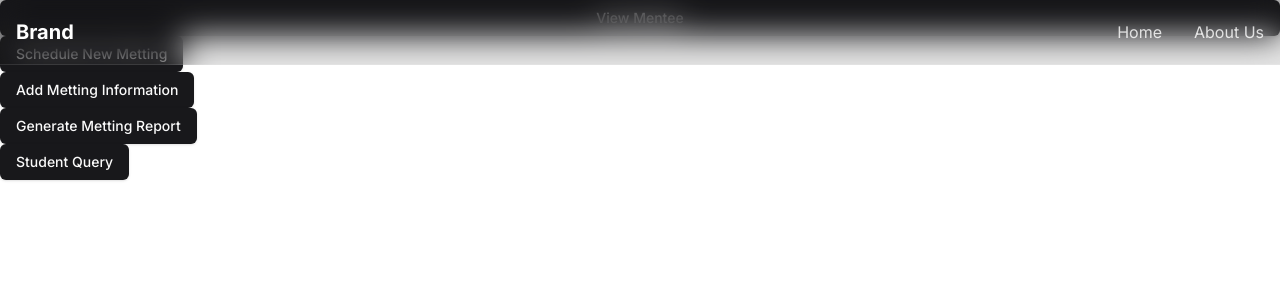
Repository: gauravbhindwar/mentorlink
Page: /pages/mentor/mentordashboard
An editor plug-in stored every save of this project. The page is shown before and after the next save, followed by the edit.
The browser window is 1280 px wide. The pictures show the whole page.
The project was rebuilt for these pictures with package versions that can differ from the ones it lists, and the page was loaded fresh each time. The framework's server and built-in components were replaced by stand-ins that run in the browser. Also part of the build but not shown: next.config.js, next.config.ts.

Above is the page before, as saved 2024-11-07 01:26:06.

After the next save:
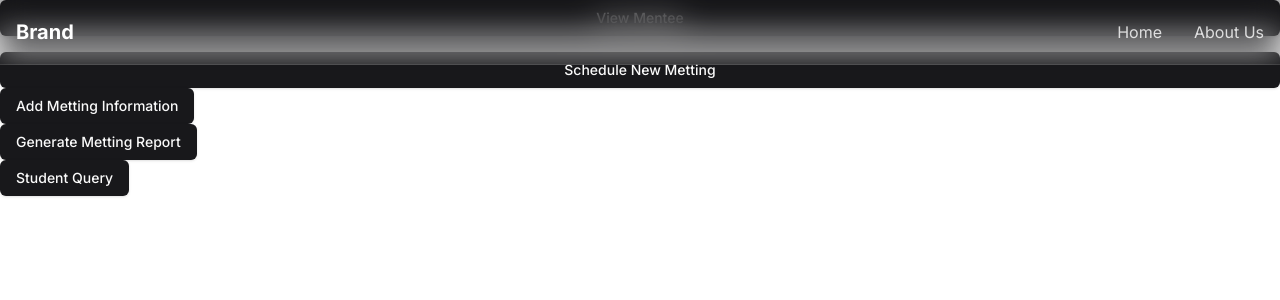
Saved 9 s later.
--- a/src/components/mentor/MentorDashBoard.jsx
+++ b/src/components/mentor/MentorDashBoard.jsx
@@ -8,11 +8,12 @@ const MentorDashBoard = () => {
                 <Button>
                     View Mentee
                 </Button>
-            </div>
-            <div>
                 <Button>
                     Schedule New Metting
                 </Button>
+            </div>
+            <div>
+
             </div>
             <div>
                 <Button>
